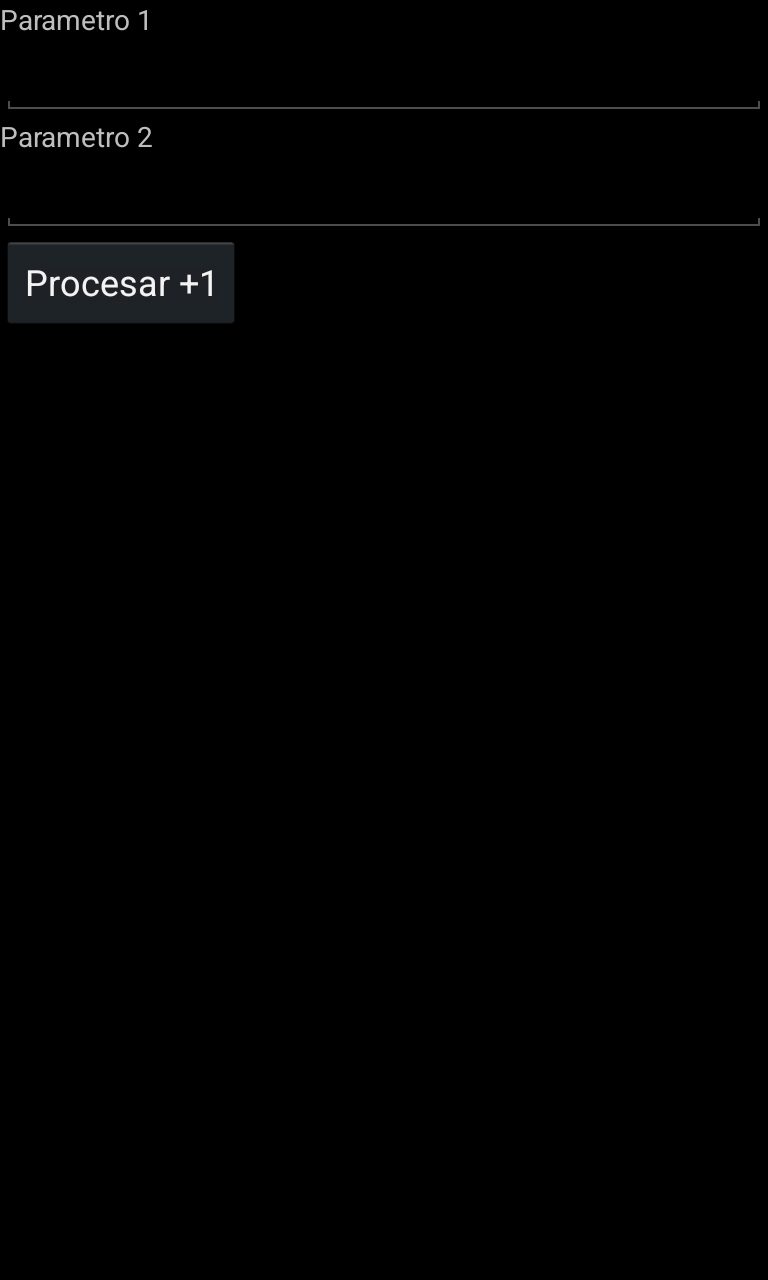
Repository: dorisserruto/un_exercises
Layout: javaandroid/Recursos/workspace-profe/lab11_activity/res/layout/main.xml
An editor plug-in stored every save of this project. The layout is shown before and after the next save, followed by the edit.
It is drawn on a 768 x 1280 px phone screen (xhdpi) without system bars, with theme android:Theme.Holo; the app's code is not run.

Above is the layout before, as saved 2012-06-24 00:16:45.

### javaandroid/Recursos/workspace-profe/lab11_activity/res/layout/main.xml
<?xml version="1.0" encoding="utf-8"?>
<LinearLayout xmlns:android="http://schemas.android.com/apk/res/android"
    android:layout_width="fill_parent"
    android:layout_height="fill_parent"
    android:orientation="vertical" >

    <TextView
        android:id="@+id/textView1"
        android:layout_width="wrap_content"
        android:layout_height="wrap_content"
        android:text="Parametro 1"
        android:textAppearance="?android:attr/textAppearanceSmall" />

    <EditText
        android:id="@+id/edtParametro1"
        android:layout_width="match_parent"
        android:layout_height="wrap_content"
        android:ems="10"
        android:inputType="number" />

    <TextView
        android:id="@+id/textView2"
        android:layout_width="wrap_content"
        android:layout_height="wrap_content"
        android:text="Parametro 2"
        android:textAppearance="?android:attr/textAppearanceSmall" />

    <EditText
        android:id="@+id/edtParametro2"
        android:layout_width="match_parent"
        android:layout_height="wrap_content"
        android:ems="10"
        android:inputType="number" />

    <Button
        android:id="@+id/btnProcesar"
        android:layout_width="wrap_content"
        android:layout_height="wrap_content"
        android:text="Procesar +1" />

    <TextView
        android:id="@+id/tvResultado"
        android:layout_width="fill_parent"
        android:layout_height="wrap_content"
        android:text="" />

</LinearLayout>

After the next save:
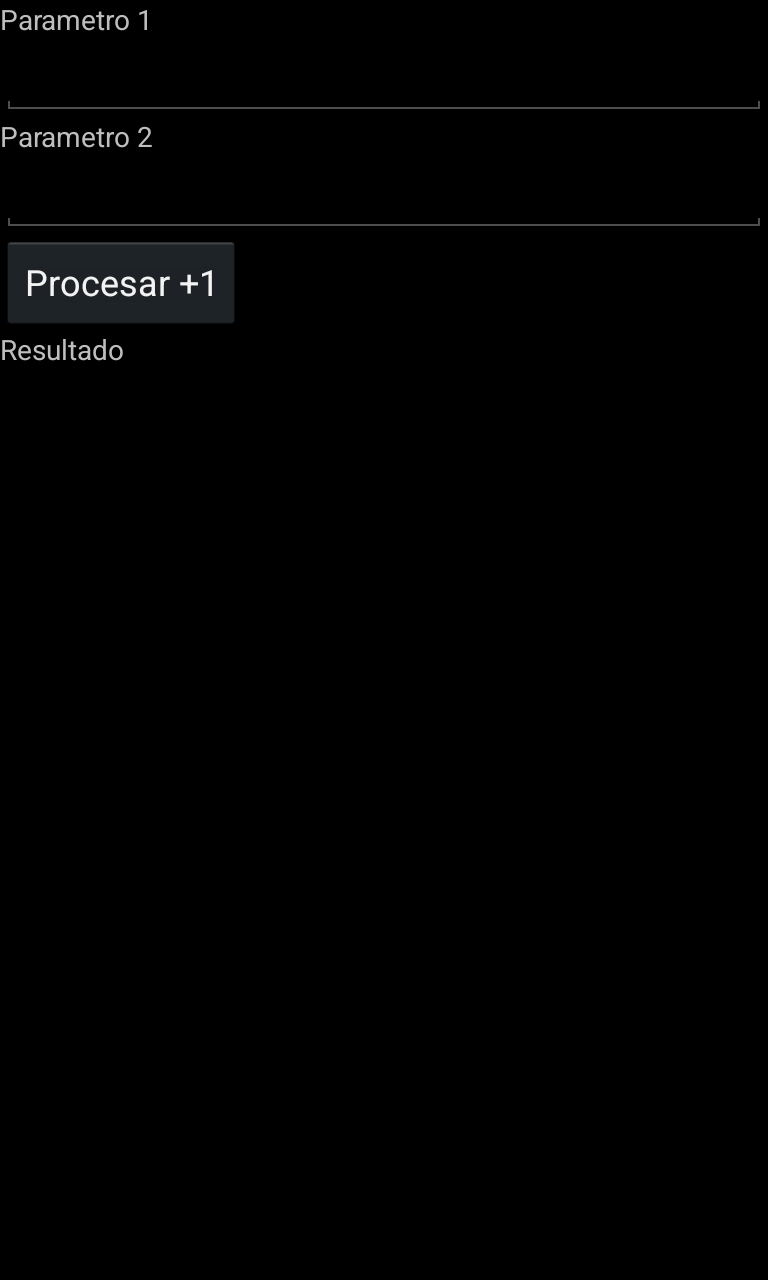
Saved 41 s later.
--- a/javaandroid/Recursos/workspace-profe/lab11_activity/res/layout/main.xml
+++ b/javaandroid/Recursos/workspace-profe/lab11_activity/res/layout/main.xml
@@ -39,6 +39,13 @@
         android:text="Procesar +1" />
 
     <TextView
+        android:id="@+id/textView3"
+        android:layout_width="wrap_content"
+        android:layout_height="wrap_content"
+        android:text="Resultado"
+        android:textAppearance="?android:attr/textAppearanceSmall" />
+
+    <TextView
         android:id="@+id/tvResultado"
         android:layout_width="fill_parent"
         android:layout_height="wrap_content"
